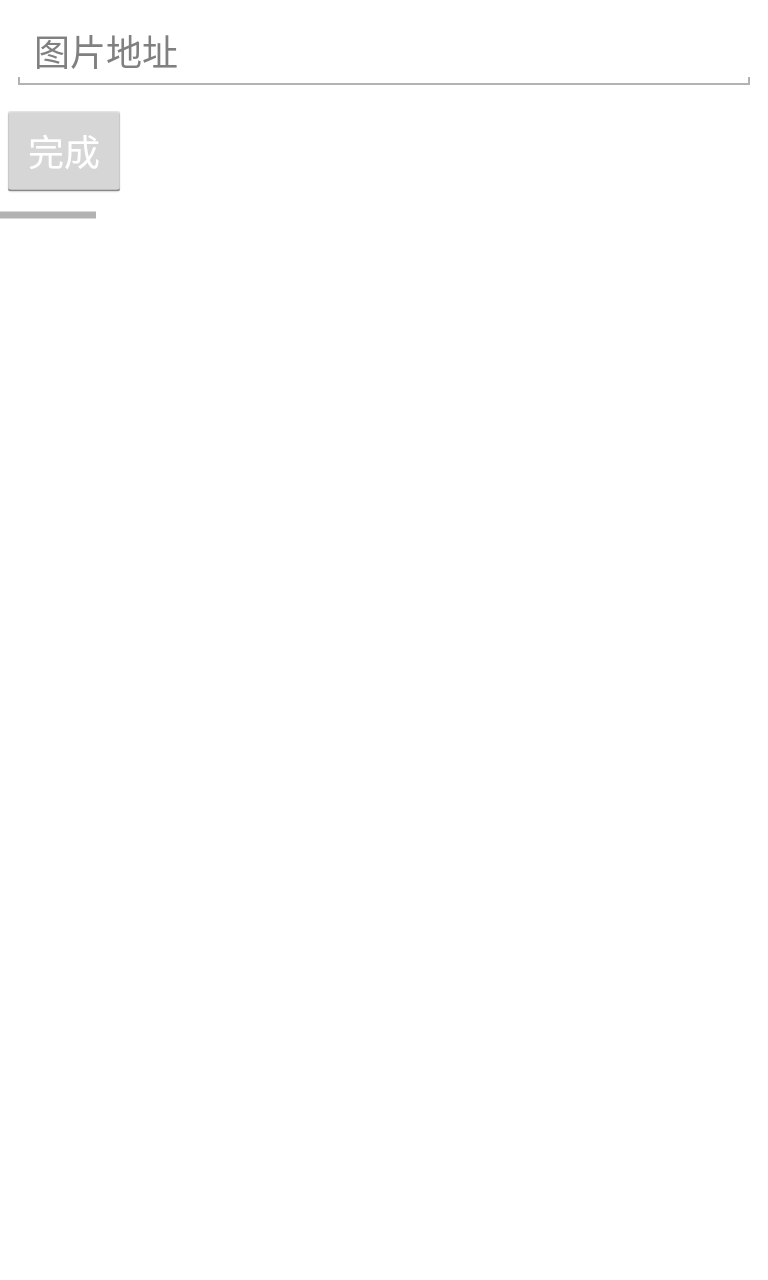
Repository: taiyang0725/Android
Layout: TestViewPage/res/layout/net_pic.xml
The author's editor kept a copy of each file at every save. The layout is drawn from the files as they stood at one save, then again after the next save.
It is drawn on a 768 x 1280 px phone screen (xhdpi) without system bars, with theme AppTheme; the app's code is not run.

Above is the layout before, as saved 2015-05-14 07:07:32.

After the next save:
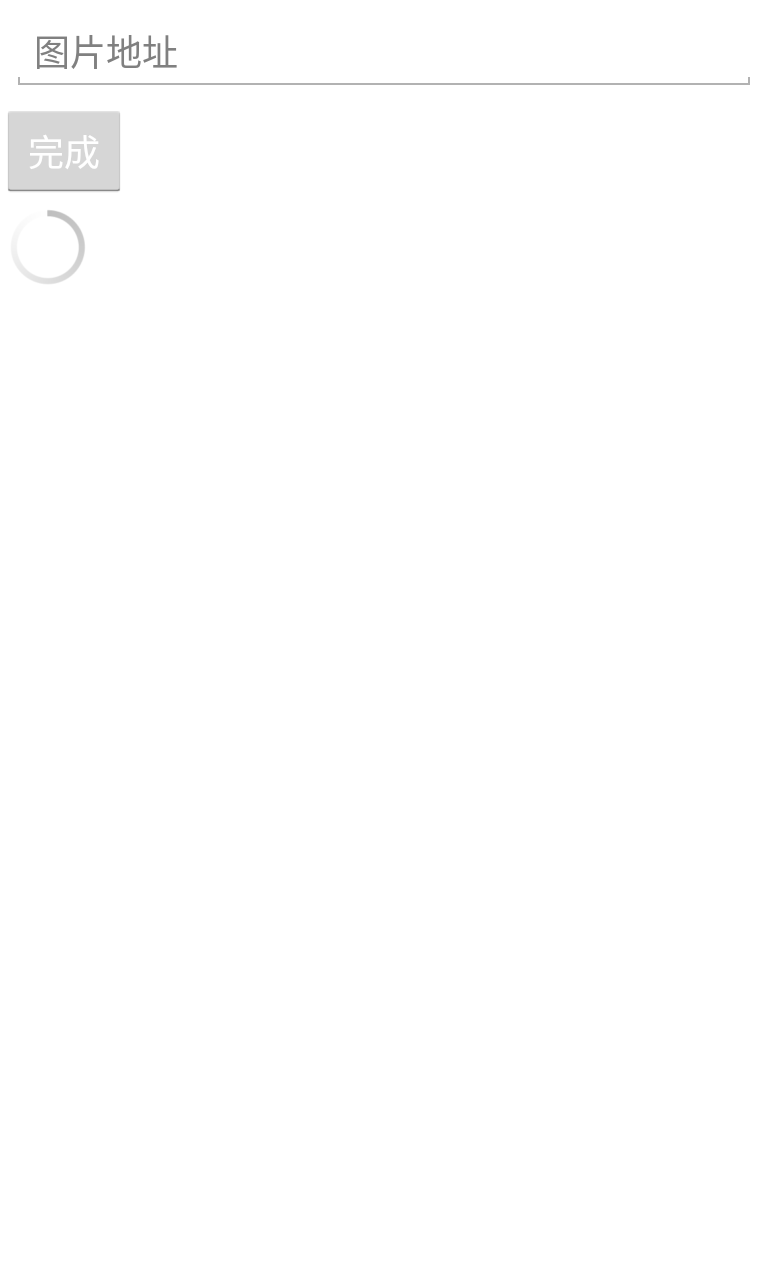
Saved 19 s later.
--- a/TestViewPage/res/layout/net_pic.xml
+++ b/TestViewPage/res/layout/net_pic.xml
@@ -21,7 +21,7 @@
 
     <ProgressBar
         android:id="@+id/progressBar1"
-        style="?android:attr/progressBarStyleHorizontal"
+
         android:layout_width="wrap_content"
         android:layout_height="wrap_content" />
 
